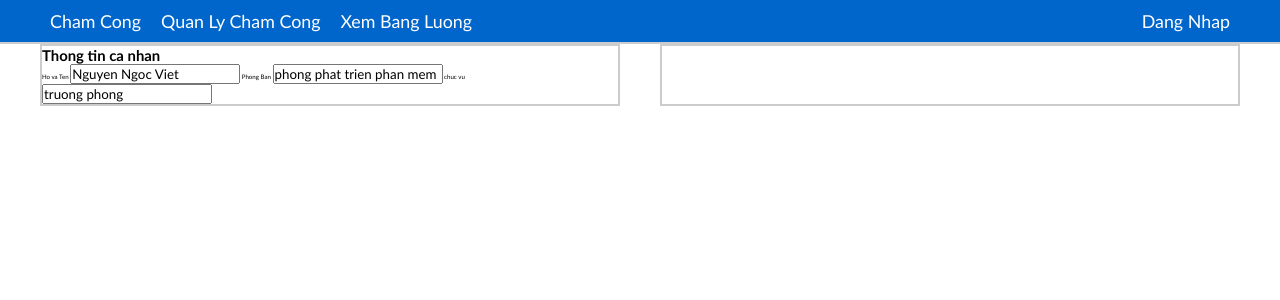
Repository: LDDUNG2003/a
Page: payroll.html
An editor plug-in stored every save of this project. The page is shown before and after the next save, followed by the edit.
The browser window is 1280 px wide. The pictures show the whole page.

Above is the page before, as saved 2023-10-15 12:26:15.

### payroll.html
<!DOCTYPE html>
<html lang="en">

<head>
    <meta charset="UTF-8">
    <meta name="viewport" content="width=device-width, initial-scale=1.0">
    <title>Document</title>
    <link rel="stylesheet" href="./controlView/css/base.css">
    <link rel="stylesheet" href="/controlView/css/payfoll.css">

</head>

<body>
    <div class="main">
        <header class="app__header">
            <nav class="navBar">
                <ul class="navBar-list">
                    <li class="navBar--items"><a href="./index.html" class="navbar--link">Cham cong</a></li>
                    <li class="navBar--items"><a href="" class="navbar--link">Quan ly cham cong</a></li>
                    <li class="navBar--items">
                        <a href="" class="navbar--link">Xem bang luong</a></li>
                </ul>
                <ul class="navBar-list navBar-list--login">
                    <!-- login  -->
                    <li class="navBar--items">
                        <a href="./login.html" class="navbar--link">dang nhap</a></li>
                    <!-- admin menu -->
                    <!-- <li class="navBar--items">
                    admin
                    <ul class="account-list">
                        <li class="account--item"><a href="" class="navbar--link">admin</a></li>
                        <li class="account--item"><a href="" class="navbar--link">quan li nhan su</a></li>
                        <li class="account--item"><a href="" class="navbar--link">dang xuat</a></li>
                    </ul>
                </li> -->
                    <!-- personnel menu -->
                    <!-- <li class="navBar--items">
                    account name
                    <ul class="account-list">
                        <li class="account--item"><a href="" class="navbar--link">cai dat tai khoan</a></li>
                        <li class="account--item"><a href="" class="navbar--link">dang ki ca lam</a></li>
                        <li class="account--item"><a href="" class="navbar--link">dang xuat</a></li>
                    </ul>
                </li> -->
                </ul>
            </nav>
        </header>
        <div class="app__content">
            <div class="content-information">
                <div class="infomation--contain">
                    <h1 class="infomation--heading">Thong tin ca nhan</h1>
                    <form class="infomation" action="" method="post">
                        <label class="infomation--text" for="name">Ho va Ten</label>
                        <input class="infomation--input" type="text" name="name" value="Nguyen Ngoc Viet">
                        <label class="infomation--text" for="Department">Phong Ban</label>
                        <input class="infomation--input" type="text" name="Department" value="phong phat trien phan mem">
                        <label class="infomation--text" for="">chuc vu</label>
                        <input class="infomation--input" type="text" name value="truong phong">
                    </form>
                </div>
                <div class="infomation--contain">

                </div>
            </div>
        </div>
    </div>
</body>

</html>

### controlView/css/base.css
:root {
    --primary-color: #0066cc;
    --text-color: #040404;
}

* {
    padding: 0px;
    margin: 0px;
    font-family: 'Trebuchet MS', 'Lucida Sans Unicode', 'Lucida Grande', 'Lucida Sans', Arial, sans-serif;
}

html,
body {
    font-size: 0.62rem;
}

.main {}

.app__header {
    color: #fff;
    width: 100%;
    border-bottom: solid 2px #ccc;
    background-color: var(--primary-color);
}

.navBar {
    width: 100%;
    max-width: 1200px;
    margin: auto;
    display: flex;
    justify-content: space-between;
}

.navBar-list {
    display: flex;
    list-style: none;
    color: #fff;
}

.navBar--items {
    padding: 10px 10px;
    font-size: 1.8rem;
    position: relative;
    cursor: pointer;
    text-transform: capitalize;
}

.navBar--items::after {
    content: '';
    padding-top: 5px;
    top: 80%;
    left: 10px;
    display: none;
    /* width: 0px; */
    background-color: var(--primary-color);
    position: absolute;
    width: 70px;
}

.navBar--items:hover .navBar--items::after {
    display: block;
}

.navbar--link {
    text-decoration: none;
    color: inherit;
}

.account-list {
    position: absolute;
    width: 150px;
    display: none;
    list-style: none;
    padding: 4px;
    color: var(--text-color);
    top: 100%;
    left: 0px;
    box-shadow: #414141;
    background-color: white;
}

.navBar--items:hover .account-list {
    display: block;
}

.account--item {
    padding: 5px 0px;
    border-bottom: solid 1px #ccc;
}

.app__content {
    width: 100%;
    max-width: 1200px;
    margin: auto;
}

### controlView/css/payfoll.css
.content-information {
    display: flex;
    width: 100%;
    justify-content: space-between;
}

.infomation--contain {
    width: 48%;
    border: solid 2px #ccc;
}

.infomation--heading {
    font-size: 1.5rem;
}

.infomation {}

.infomation--text {}

.infomation--input {}

After the next save:
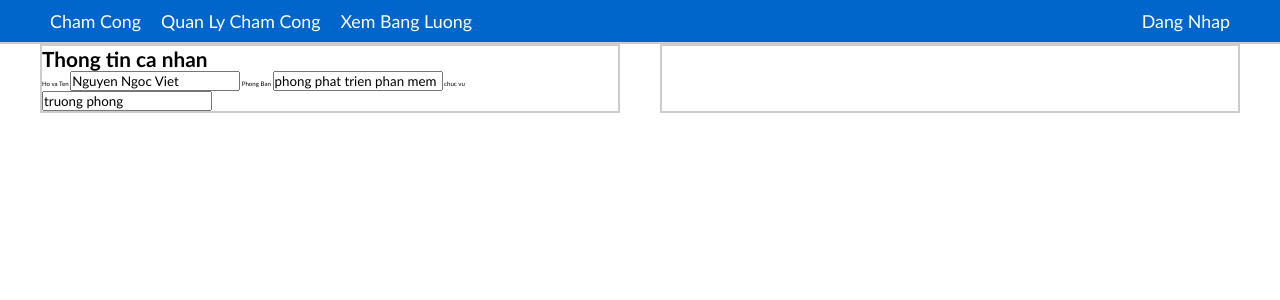
Saved 24 s later.
--- a/controlView/css/payfoll.css
+++ b/controlView/css/payfoll.css
@@ -10,7 +10,7 @@
 }
 
 .infomation--heading {
-    font-size: 1.5rem;
+    font-size: 2.1rem;
 }
 
 .infomation {}
